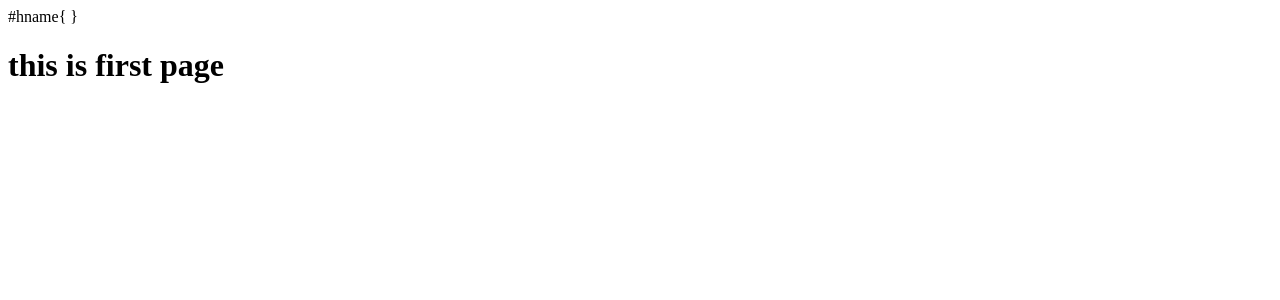
Repository: vkashsolanki/ORM-based-Java
Page: ECommerceProject/MyKart/src/main/webapp/index.html
These files come from the project's save history. The page is drawn as it stood at one moment and after the next save; the edit follows.
The browser window is 1280 px wide. The pictures show the whole page.

Above is the page before, as saved 2023-05-01 15:03:54.

After the next save:
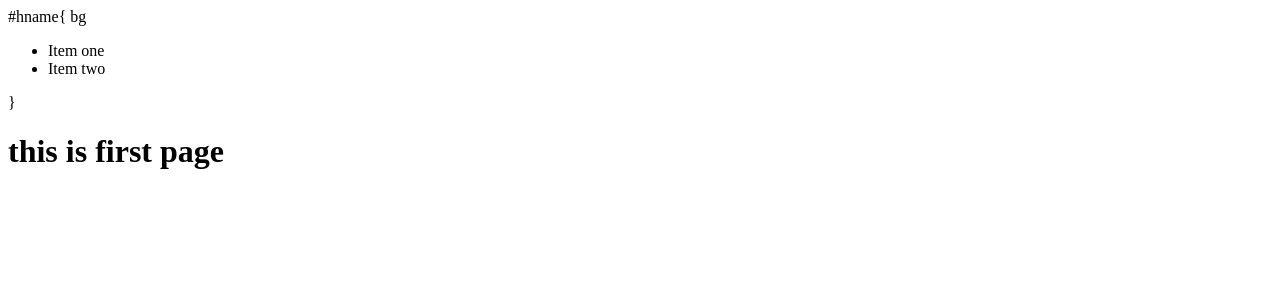
Saved 25 s later.
--- a/ECommerceProject/MyKart/src/main/webapp/index.html
+++ b/ECommerceProject/MyKart/src/main/webapp/index.html
@@ -4,6 +4,10 @@
 <meta charset="ISO-8859-1">
 <title>Home:Page</title>
 #hname{
+bg<ul>
+  <li> Item one </li>
+  <li> Item two </li>
+</ul>
 
 }
 </head>

After the save that followed:
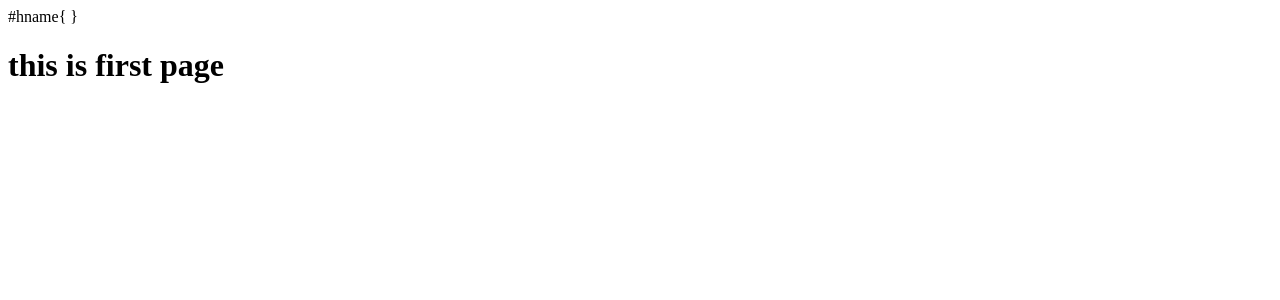
Saved 15 s later.
--- a/ECommerceProject/MyKart/src/main/webapp/index.html
+++ b/ECommerceProject/MyKart/src/main/webapp/index.html
@@ -4,10 +4,6 @@
 <meta charset="ISO-8859-1">
 <title>Home:Page</title>
 #hname{
-bg<ul>
-  <li> Item one </li>
-  <li> Item two </li>
-</ul>
 
 }
 </head>
